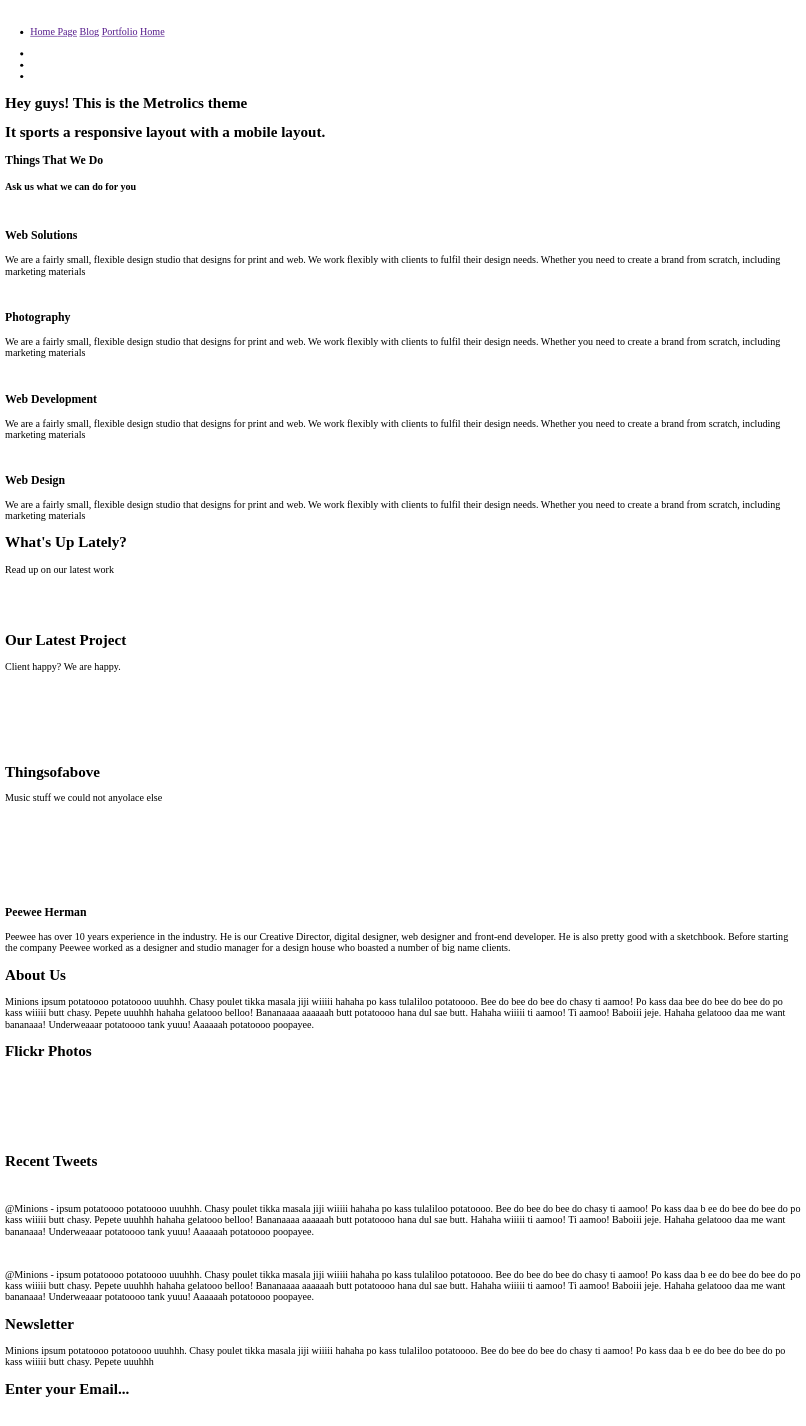
Repository: JerryWuOn/BCITPROJECT1-LAB-03B
Page: index.html
These files come from the project's save history. The page is drawn as it stood at one moment and after a run of saves; the edit follows.
The browser window is 1280 px wide. The pictures show the whole page, at 63% of full size.

Above is the page before, as saved 2023-01-27 19:53:02.

After the next 3 saves:
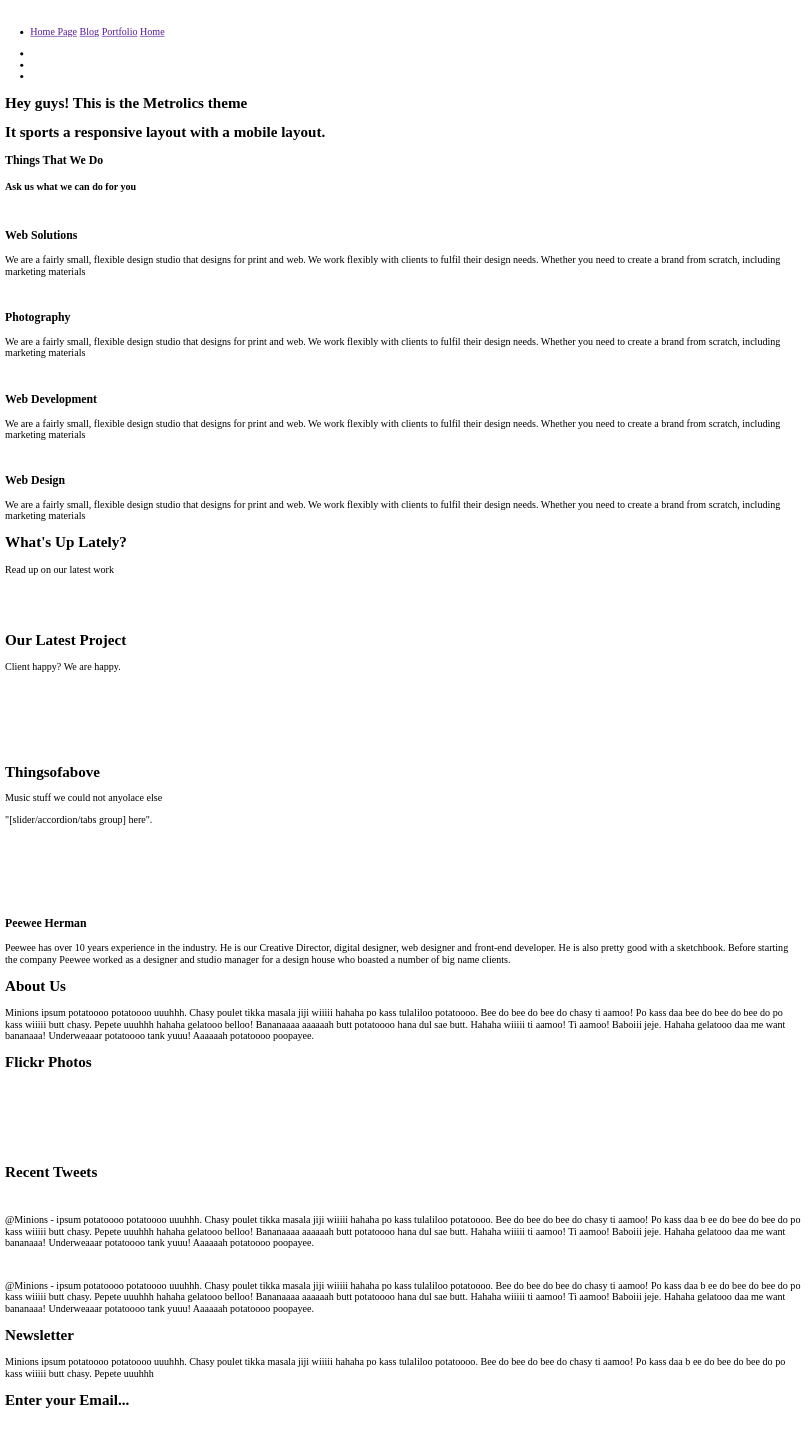
The 3 saves are shown as one change because they came seconds apart.
The last was saved 28 s later.
--- a/index.html
+++ b/index.html
@@ -115,7 +115,10 @@
    </section>
 
 
-
+<section>
+  "[slider/accordion/tabs group]
+here".
+</section>
 
 
    <section class="grid_sponser_logo_containers">
